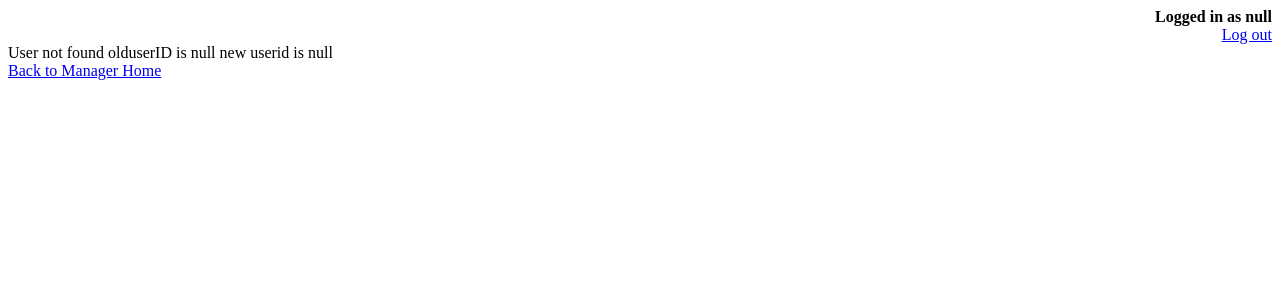
Repository: Pheazon/data_management
Page: http://localhost/cs336Final/editCustomerHandler2.jsp
The author's editor kept a copy of each file at every save. The page is drawn from the files as they stood at one save, then again after the next save.
The browser window is 1280 px wide. The pictures show the whole page.
The page is served by Tomcat 9. The database holds what the project's SQL file puts in it.

Above is the page before, as saved 2019-12-13 02:11:48.

### cs336Final/WebContent/editCustomerHandler2.jsp
<%@ page language="java" contentType="text/html; charset=ISO-8859-1"
	pageEncoding="ISO-8859-1" import="com.cs336.pkg.*"%>
<%@ page import="java.io.*,java.util.*,java.sql.*"%>
<%@ page import="javax.servlet.http.*,javax.servlet.*"%>
<!DOCTYPE html PUBLIC "-//W3C//DTD HTML 4.01 Transitional//EN" "http://www.w3.org/TR/html4/loose.dtd">
<html>
<head>
<meta http-equiv="Content-Type" content="text/html; charset=ISO-8859-1">
<title>Edit Customer</title>
</head>
<body>


	<div align="right"> <b> Logged in as
	<%=session.getAttribute("username")%>
	</b> <br>
	<a href='logout.jsp'>Log out</a>
	</div>

	<%
	ApplicationDB db = new ApplicationDB();
	Connection con = db.getConnection();
	PreparedStatement ps = null;
	Class.forName("com.mysql.jdbc.Driver").newInstance();
	Connection conn = db.getConnection();
	String oldUserID = request.getParameter("oldUser");
	String username = request.getParameter("newUser");

	Statement statement = con.createStatement();
	ResultSet rs = statement.executeQuery("select * from accounts where userid = '" + oldUserID + "'");
	if (rs.next())
	{
		String command = "UPDATE accounts SET userid = '"+username+"' WHERE userid = '" + oldUserID + "'";
		Statement st = con.createStatement();
		if (st.executeUpdate(command) > 0)
			out.print("User information has been changed");
		else
			out.println("User info was not change");

	}
	else
	{
		out.println("User not found");
		out.println("olduserID is " + oldUserID + " new userid is " + username);
	}
	statement.close();
	con.close();
%>
<br><a href="success.jsp">Back to Manager Home</a>

</body>
</html>

### cs336Final/src/com/cs336/pkg/ApplicationDB.java
package com.cs336.pkg;

import java.sql.Connection;
import java.sql.DriverManager;
import java.sql.SQLException;

public class ApplicationDB {

	public ApplicationDB(){

	}

	public Connection getConnection(){

		//Create a connection string
		String url = "jdbc:mysql://cs336db.cdnjviplnzua.us-east-2.rds.amazonaws.com:3306/BarBeerDrinkerSample";
		Connection connection = null;

		try {
			//Load JDBC driver - the interface standardizing the connection procedure. Look at WEB-INF\lib for a mysql connector jar file, otherwise it fails.
			Class.forName("com.mysql.jdbc.Driver").newInstance();
		} catch (InstantiationException e) {
			// TODO Auto-generated catch block
			e.printStackTrace();
		} catch (IllegalAccessException e) {
			// TODO Auto-generated catch block
			e.printStackTrace();
		} catch (ClassNotFoundException e) {
			// TODO Auto-generated catch block
			e.printStackTrace();
		}
		try {
			//Create a connection to your DB
			connection = DriverManager.getConnection(url,"cs336", "Rutgers123!");
		} catch (SQLException e) {
			// TODO Auto-generated catch block
			e.printStackTrace();
		}

		return connection;

	}

	public void closeConnection(Connection connection){
		try {
			connection.close();
		} catch (SQLException e) {
			// TODO Auto-generated catch block
			e.printStackTrace();
		}
	}





	public static void main(String[] args) {
		ApplicationDB dao = new ApplicationDB();
		Connection connection = dao.getConnection();

		System.out.println(connection);
		dao.closeConnection(connection);
	}



}

### cs336Final/BarBeerDrinkerSample.sql (the tables this page reads)
CREATE TABLE `accounts` (
`userid` varchar(255) NOT NULL,
`password` varchar(255) NOT NULL,
`access` int NOT NULL,
PRIMARY KEY (`userid`)


) ENGINE=InnoDB DEFAULT CHARSET=latin1;

INSERT INTO `accounts`(`userid`, `password`, `access`) VALUES ('admin', 'mydb', '2');

INSERT INTO `accounts`(`userid`, `password`, `access`) VALUES ('a', 'a', '0');

INSERT INTO `accounts`(`userid`, `password`, `access`) VALUES ('b', 'b', '1');

INSERT INTO `accounts`(`userid`, `password`, `access`) VALUES ('c', 'c', '0');

After the next save:
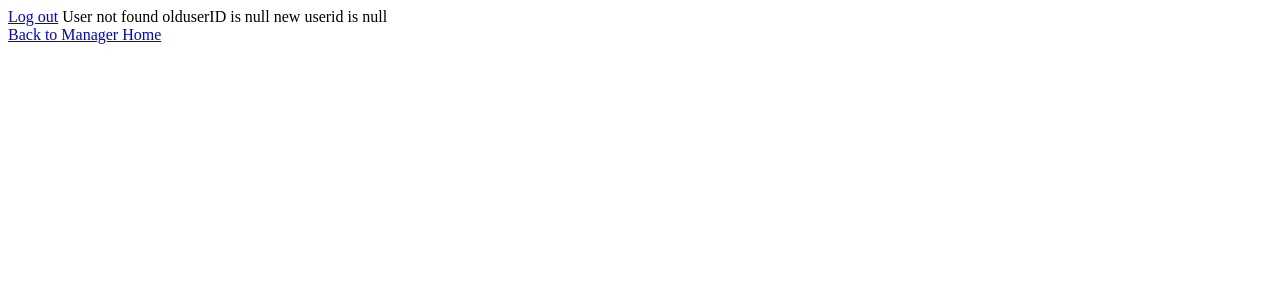
Saved 12 s later.
--- a/cs336Final/WebContent/editCustomerHandler2.jsp
+++ b/cs336Final/WebContent/editCustomerHandler2.jsp
@@ -11,9 +11,7 @@
 <body>
 
 
-	<div align="right"> <b> Logged in as
-	<%=session.getAttribute("username")%>
-	</b> <br>
+
 	<a href='logout.jsp'>Log out</a>
 	</div>
 
